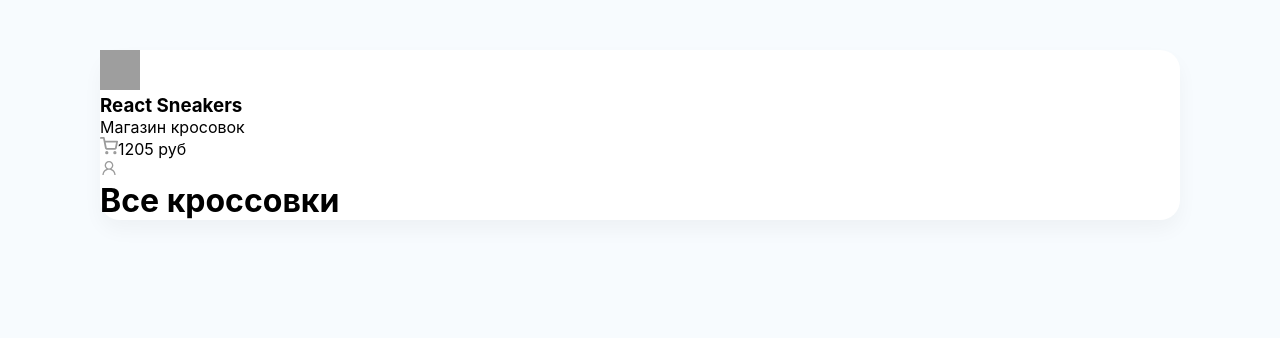
Repository: Azimich/React-Sneakers
Page: /
The author's editor kept a copy of each file at every save. The page is drawn from the files as they stood at one save, then again after the next save.
The browser window is 1280 px wide. The pictures show the whole page.
Pictures or frames that could not be fetched are drawn as grey boxes. The project was rebuilt for these pictures with package versions that can differ from the ones it lists, and the page was loaded fresh each time.

Above is the page before, as saved 2022-09-22 21:58:48.

### src/index.js
import React from 'react';
import ReactDOM from 'react-dom/client';

import 'macro-css';
import './index.scss';
import App from './App';

const root = ReactDOM.createRoot(document.getElementById('root'));
root.render (
  <React.StrictMode>
    <App />
  </React.StrictMode>
);

### src/index.scss
body {
  margin: 0;
  font-family: -apple-system, BlinkMacSystemFont, 'Segoe UI', 'Roboto', 'Oxygen',
  'Ubuntu', 'Cantarell', 'Fira Sans', 'Droid Sans', 'Helvetica Neue',
  sans-serif;
  background-color: #F7FBFE;
}

*,
*::before,
*::after {
  box-sizing: border-box;
  margin: 0;
  padding: 0;
}

ul {
  list-style: none;
}

a {
  text-decoration: none;
}

input,
textarea,
label,
button {
  background-color: transparent;
  font-family: inherit;
  outline: none;
  display: block;
}

button {
  border: none;
  cursor: pointer;
}

textarea{
  resize: none;
}

h1,h2,h3,h4,h5{
  margin: 0;
}

.wrapper {
  background: #FFFFFF;
  box-shadow: 0px 10px 20px rgba(0, 0, 0, 0.04);
  border-radius: 20px;
  max-width: 1080px;
  margin: 50px auto;
}

headr

.headerInfo {
  margin-left: 12px;
}

### src/App.js
import React from 'react';


function App() {
  return (
    <div className="wrapper">
      <header className="d-flex justify-between align-center">
        <div className="d-flex align-center">
          <img width={40} height={40} src="/img/logo.svg" />
          <div className="headerInfo">
            <h3>React Sneakers</h3>
            <p>Магазин кросовок</p>
          </div>
        </div>
        <ul className="d-flex align-center">
          <li className='mr-30 d-flex align-center'>
            <img width={18} height={18} src="/img/cart.svg" />
            <span>1205 руб</span>
          </li>
          <li>
            <img width={18} height={18} src="/img/user.svg" />
          </li>
        </ul>
      </header>
      <div className="content">
        <h1>Все кроссовки</h1>
      </div>
    </div>
  );
}

export default App;

Loaded but not shown: public/index.html (common file)

After the next save:
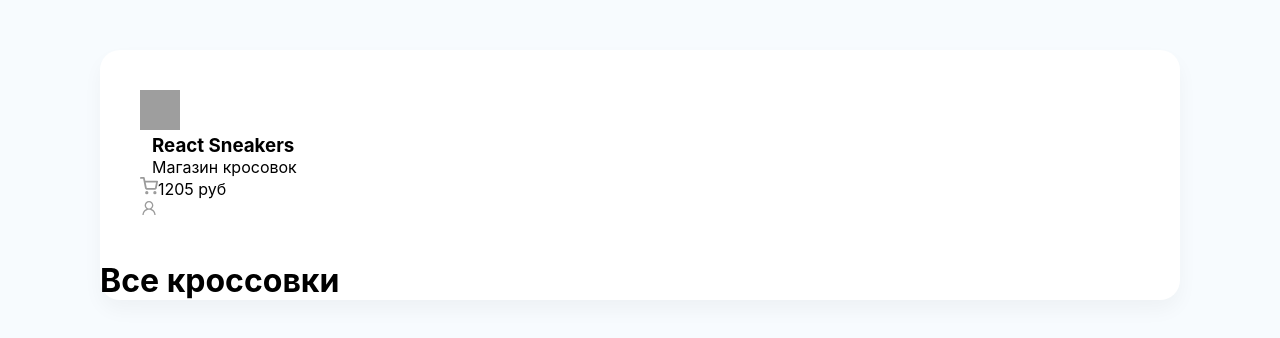
Saved 5 s later.
--- a/src/index.scss
+++ b/src/index.scss
@@ -53,7 +53,9 @@ h1,h2,h3,h4,h5{
   margin: 50px auto;
 }
 
-headr
+header {
+  padding: 40px;
+}
 
 .headerInfo {
   margin-left: 12px;
